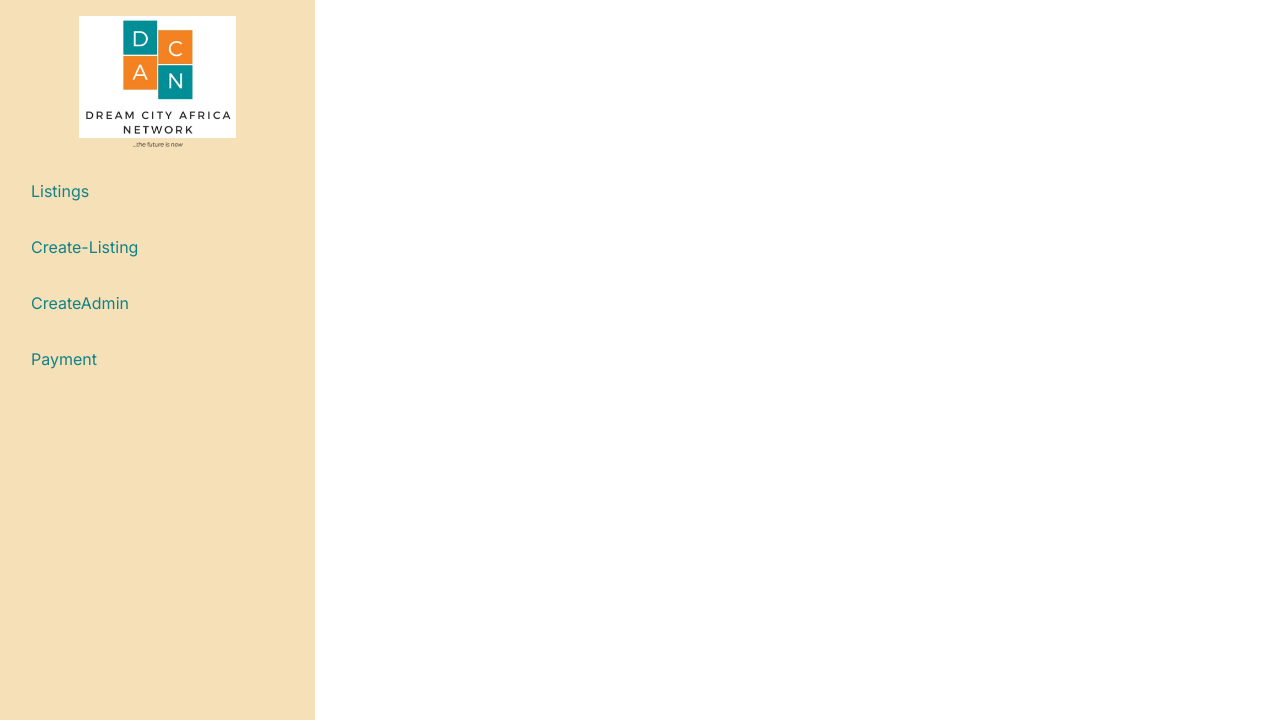
Repository: uh-sman/tasks
Page: /dashboard
The author's editor kept a copy of each file at every save. The page is drawn from the files as they stood at one save, then again after the next save.
The browser window is 1280 px wide. The pictures show the whole page.
The project was rebuilt for these pictures with package versions that can differ from the ones it lists, and the page was loaded fresh each time. The framework's server and built-in components were replaced by stand-ins that run in the browser. Also part of the build but not shown: next.config.js.

Above is the page before, as saved 2024-01-03 00:34:22.

After the next save:
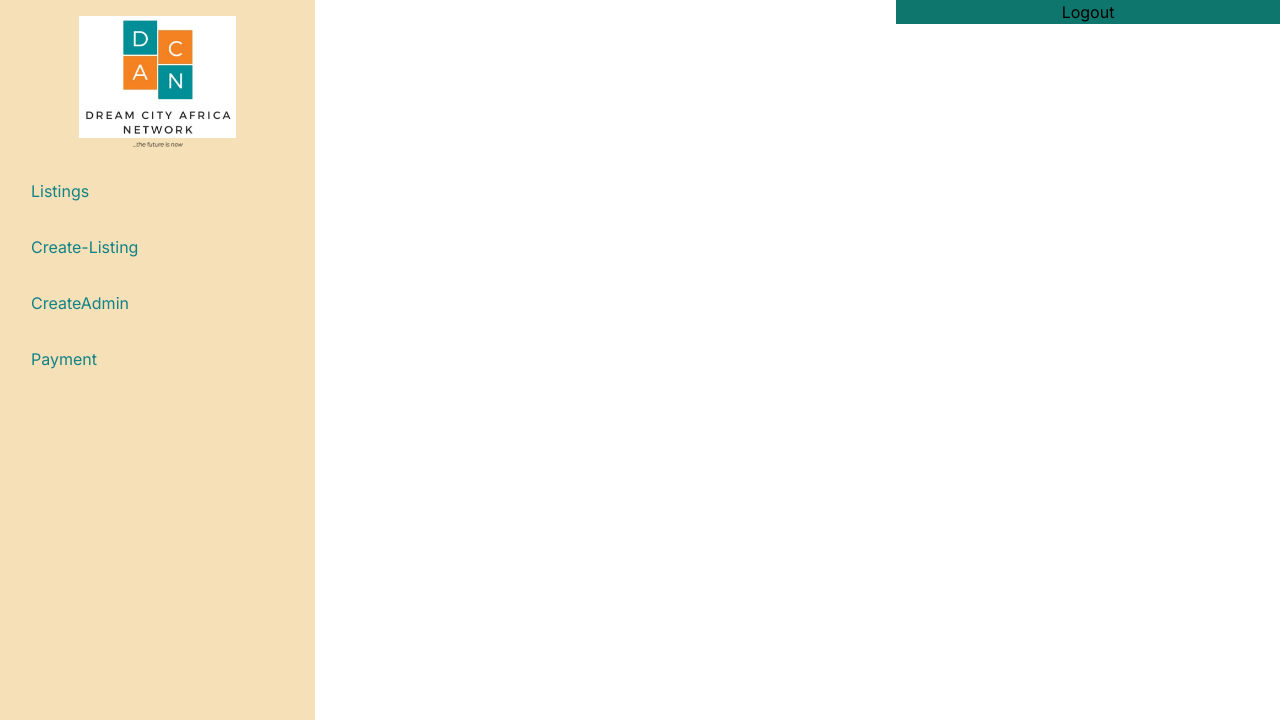
Saved 54 s later.
--- a/app/(site)/dashboard/page.tsx
+++ b/app/(site)/dashboard/page.tsx
@@ -13,9 +13,9 @@
 export const revalidate = 0
 const Dashboard = () => {
   return (
-    <div className="flex">
+    <div className="flex justify-between">
       <Sidebar />
-      <button onClick={() => signOut({callbackUrl: '/auth'})}>
+      <button className="w-96 bg-teal-700" onClick={() => signOut({callbackUrl: '/auth'})}>
         Logout
       </button>
 
